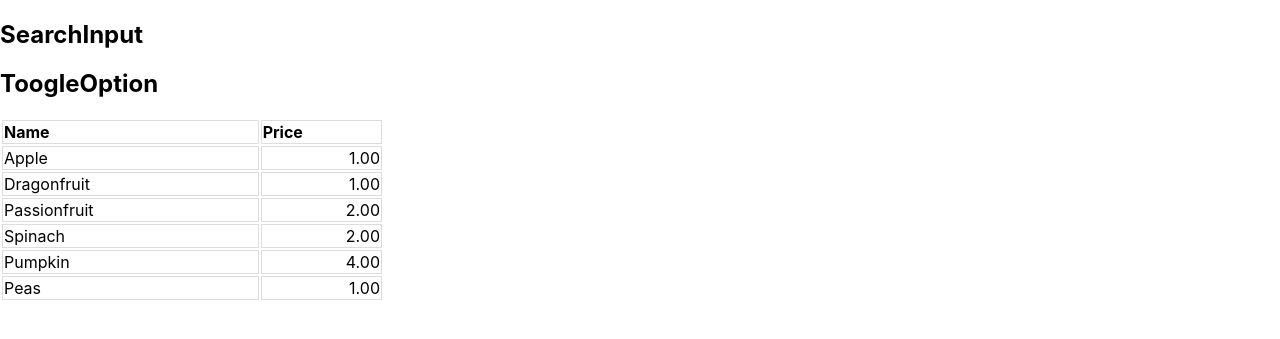
Repository: mariocapitbrok/reactjs-learn
Page: / (app in 05_filtered-data-table/)
An editor plug-in stored every save of this project. The page is shown before and after the next save, followed by the edit.
The browser window is 1280 px wide. The pictures show the whole page.
The project was rebuilt for these pictures with package versions that can differ from the ones it lists, and the page was loaded fresh each time.

Above is the page before, as saved 2023-02-26 00:17:48.

### 05_filtered-data-table/src/App.js
import SearchInput from './components/SearchInput'
import ToogleOption from './components/ToogleOption'
import Table from './components/Table'
import './App.css'

function App() {
  return (
    <div className="App">
      <SearchInput />
      <ToogleOption />
      <Table data={data} />
    </div>
  )
}

export default App

const PRODUCTS = [
  { category: 'Fruits', price: '$1', stocked: true, name: 'Apple' },
  { category: 'Fruits', price: '$1', stocked: true, name: 'Dragonfruit' },
  { category: 'Fruits', price: '$2', stocked: false, name: 'Passionfruit' },
  { category: 'Vegetables', price: '$2', stocked: true, name: 'Spinach' },
  { category: 'Vegetables', price: '$4', stocked: false, name: 'Pumpkin' },
  { category: 'Vegetables', price: '$1', stocked: true, name: 'Peas' },
]

const data = PRODUCTS.map(p => ({
  name: p.name,
  price: parseFloat(p.price.slice(1)).toFixed(2),
}))

### 05_filtered-data-table/src/components/SearchInput.jsx
function SearchInput() {
  return (
    <div>
      <h2>SearchInput</h2>
    </div>
  )
}

export default SearchInput

### 05_filtered-data-table/src/components/ToogleOption.jsx
function ToogleOption() {
  return (
    <div>
      <h2>ToogleOption</h2>
    </div>
  )
}

export default ToogleOption

### 05_filtered-data-table/src/components/Table.jsx
import '../App.css'

function Table({ data }) {
  const tableHeaders = createTableHeaders(data)

  const tableRows = createTableRows(data)

  return (
    <table id={getTableId(data)}>
      <thead>{tableHeaders}</thead>
      <tbody>{tableRows}</tbody>
    </table>
  )
}

export default Table

function getTableId(arr) {
  const firstObj = arr[0]
  let result = ''
  let maxLength = 16

  for (const key in firstObj) {
    const firstThreeChars = key.slice(0, 3)
    result += firstThreeChars
    if (result.length >= maxLength) {
      break
    }
  }

  return result
}

function createTableHeaders(data) {
  const keys = Object.keys(data[0])
  const headerCells = keys.map(key => (
    <th key={key} className={key}>
      {key}
    </th>
  ))

  return <tr>{headerCells}</tr>
}

function createTableRows(data) {
  return data.map(row => {
    const cells = Object.entries(row).map(([key, value]) => (
      <td key={row.id ? `${row.id}-${key}` : createUniqueId()} className={key}>
        {value}
      </td>
    ))
    return <tr key={row.id || createUniqueId()}>{cells}</tr>
  })
}

function createUniqueId() {
  const randomStr = Math.random().toString(36).slice(2, 11)
  return `${randomStr}`
}

### 05_filtered-data-table/src/App.css

/* Table*/
#nampri {
  width: 30%;
  min-width: 200px;
}

#nampri th {
  text-align: left;
}

#nampri th, #nampri td {
  border: 1px solid #ddd;
}

td.price {
  text-align: right;
}

th {
  text-transform: capitalize;
}

Loaded but not shown: 05_filtered-data-table/public/index.html (common file); 05_filtered-data-table/src/index.js (common file); 05_filtered-data-table/src/index.css (common file); 05_filtered-data-table/src/reportWebVitals.js (common file)

After the next save:
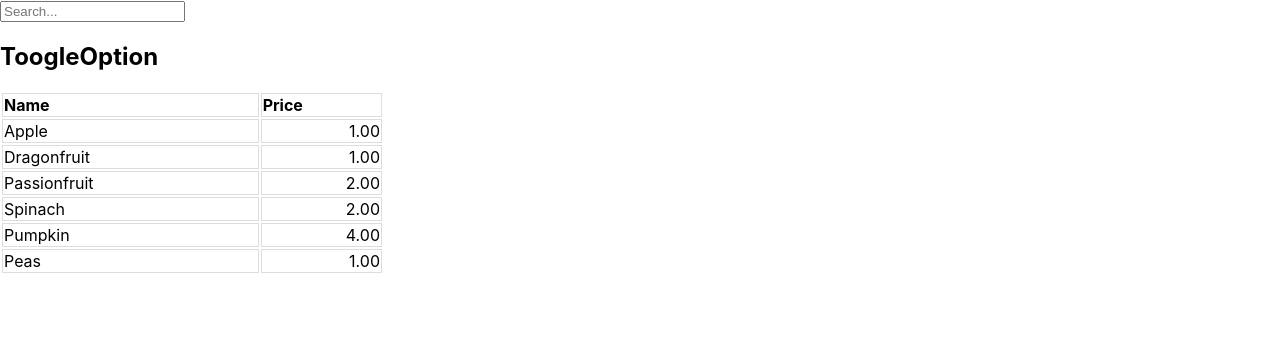
Saved 88 s later.
--- a/05_filtered-data-table/src/components/SearchInput.jsx
+++ b/05_filtered-data-table/src/components/SearchInput.jsx
@@ -1,7 +1,7 @@
 function SearchInput() {
   return (
     <div>
-      <h2>SearchInput</h2>
+      <input type="text" placeholder="Search..." />
     </div>
   )
 }
